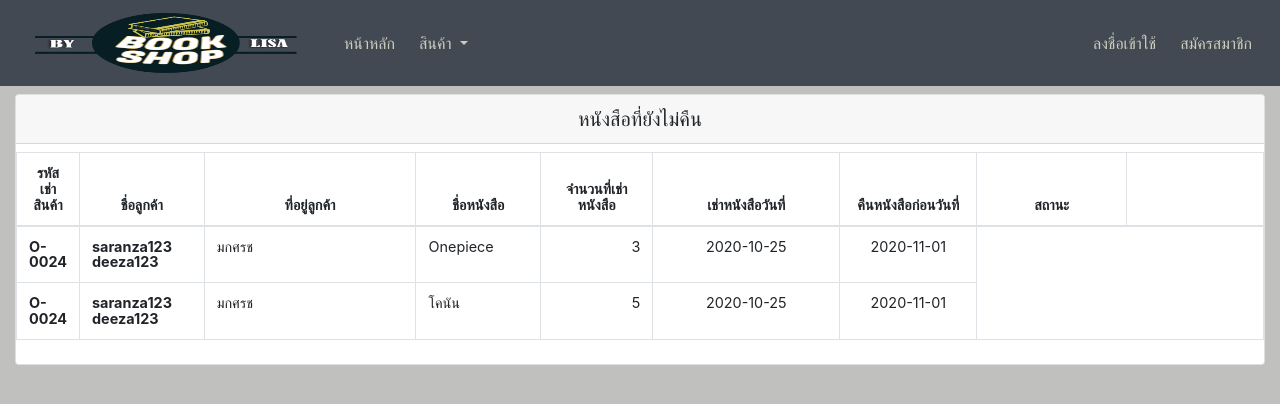
Repository: peawza/shopbook
Page: http://localhost/returnproduct.php?Order_id=24
These files come from the project's save history. The page is drawn as it stood at one moment and after the next save; the edit follows.
The browser window is 1280 px wide. The pictures show the whole page.
The page is run by PHP 8.4 with error messages shown; the project is at /var/www/html/. The database holds what the project's SQL file puts in it.

Above is the page before, as saved 2020-10-01 11:16:22.

After the next save:
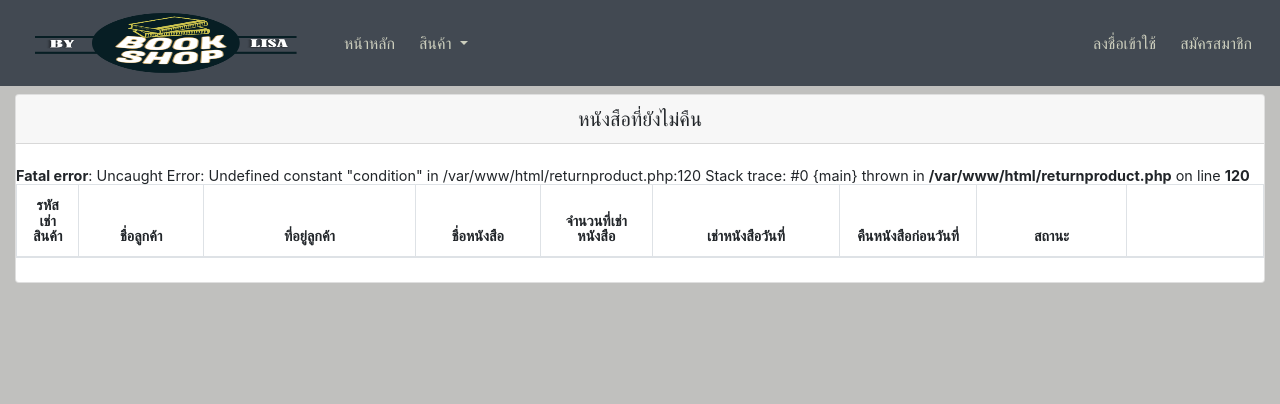
Saved 64 s later.
--- a/returnproduct.php
+++ b/returnproduct.php
@@ -117,11 +117,16 @@
                             $selectproduct = "SELECT * FROM `orders`,`user`,`orderrent`,`product` WHERE `user`.`User_ID`=`orders`.`User_ID`AND`orders`.`orders_id`= `orderrent`.`orderrent_id`AND `product`.`Product_ID`=`orderrent`.`orderrent_productid` AND`orderrent`.`orderrent_id`= '" . $orderid . "'";
                             $resulproduct = mysqli_query($conn, $selectproduct);
                             while ($rowproduct = mysqli_fetch_array($resulproduct)) {
+                                if (condition) {
+                                    # code...
+
+
                         ?>
+
                         <tr>
                             <th><?php
-                                        $code = sprintf('O-%04d', $rowproduct['orders_id']);
-                                        echo $code ?>
+                                            $code = sprintf('O-%04d', $rowproduct['orders_id']);
+                                            echo $code ?>
                             </th>
                             <th><?php echo $rowproduct["User_Firstname"] . ' ' . $rowproduct['User_Lastname'] ?>
                             </th>
@@ -135,6 +140,7 @@
 
 
                         <?php
+                                }
                                 //echo '<pre>';
                                 //print_r($rowproduct);
                                 //echo '<pre>';

After the save that followed:
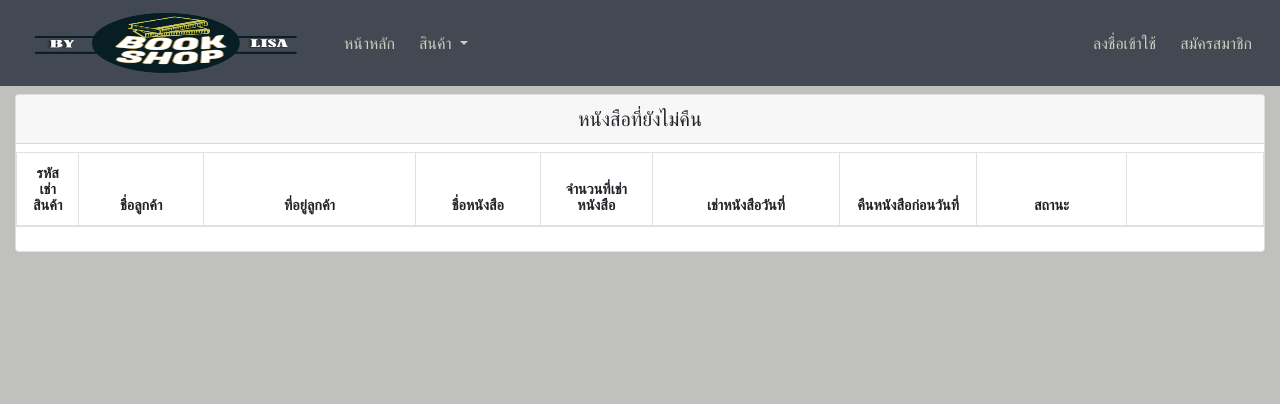
Saved 17 s later.
--- a/returnproduct.php
+++ b/returnproduct.php
@@ -117,7 +117,7 @@
                             $selectproduct = "SELECT * FROM `orders`,`user`,`orderrent`,`product` WHERE `user`.`User_ID`=`orders`.`User_ID`AND`orders`.`orders_id`= `orderrent`.`orderrent_id`AND `product`.`Product_ID`=`orderrent`.`orderrent_productid` AND`orderrent`.`orderrent_id`= '" . $orderid . "'";
                             $resulproduct = mysqli_query($conn, $selectproduct);
                             while ($rowproduct = mysqli_fetch_array($resulproduct)) {
-                                if (condition) {
+                                if ($rowproduct[] = 0) {
                                     # code...
 
 
